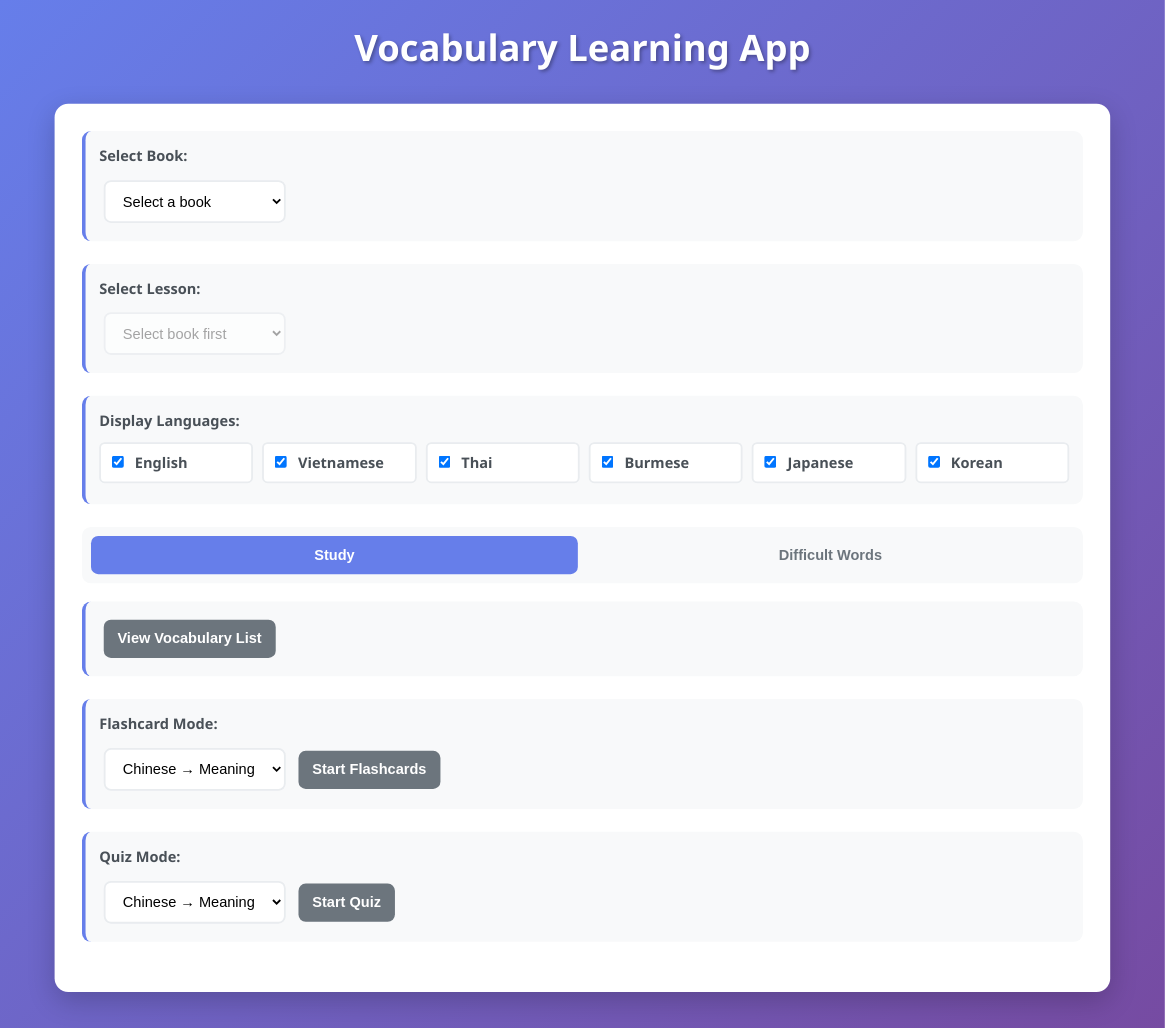
Repository: fangdongyzu/dangdaiflashcards
Page: index.html
The author's editor kept a copy of each file at every save. The page is drawn from the files as they stood at one save, then again after the next save.
The browser window is 1280 px wide. The pictures show the whole page, at 91% of full size.

Above is the page before, as saved 2025-11-28 09:37:05.

After the next save:
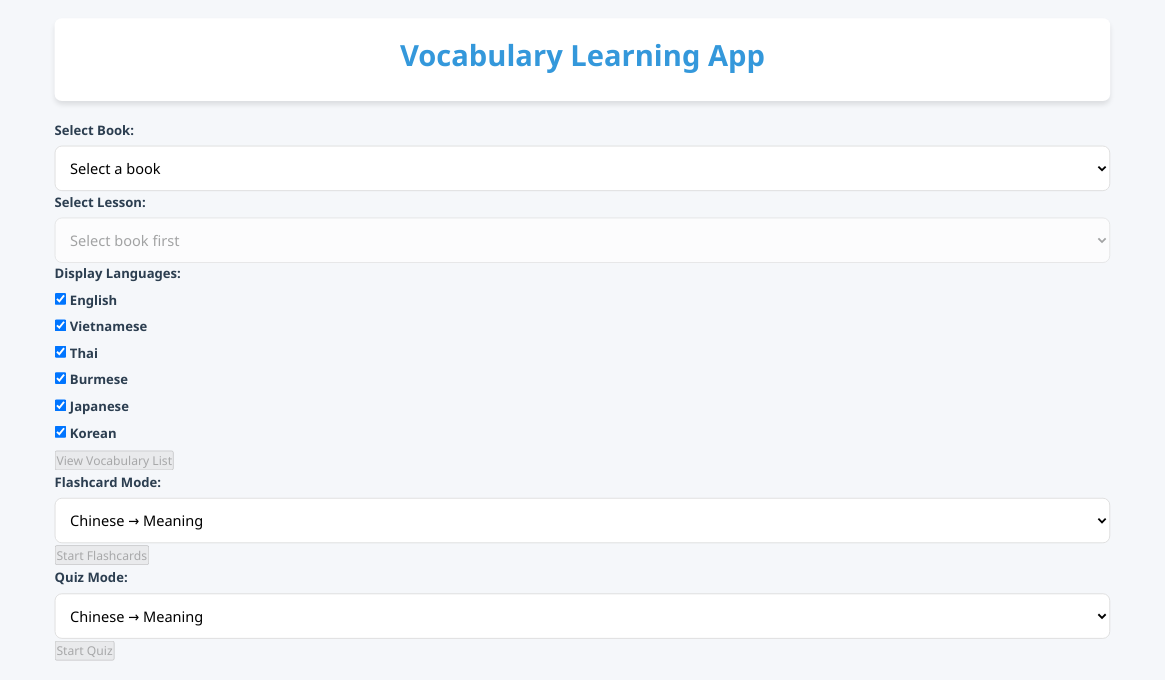
Console error: TypeError: Cannot read properties of null (reading 'addEventListener')
Saved 3 min 52 s later.
--- a/index.html
+++ b/index.html
@@ -4,7 +4,7 @@
     <meta charset="UTF-8">
     <meta name="viewport" content="width=device-width, initial-scale=1.0">
     <title>Vocabulary Learning App</title>
-    <link rel="stylesheet" href="styles.css">
+    <link rel="stylesheet" href="style.css">
 </head>
 <body>
     <div class="container">
@@ -18,8 +18,12 @@
                 <label for="book-select">Select Book:</label>
                 <select id="book-select">
                     <option value="">Select a book</option>
-                    <option value="book1">Book 1</option>
-                    <option value="book2">Book 2</option>
+                    <option value="B1">Book 1</option>
+                    <option value="B2">Book 2</option>
+                    <option value="B3">Book 3</option>
+                    <option value="B4">Book 4</option>
+                    <option value="B5">Book 5</option>
+                    <option value="B6">Book 6</option>
                 </select>
             </div>
 
@@ -55,46 +59,30 @@
                 </div>
             </div>
 
-            <!-- Navigation Tabs -->
-            <div class="tabs">
-                <button class="tab-btn active" data-tab="study">Study</button>
-                <button class="tab-btn" data-tab="difficult">Difficult Words</button>
+            <!-- Study Controls -->
+            <div class="control-group">
+                <button id="view-list-btn" disabled>View Vocabulary List</button>
             </div>
 
-            <!-- Study Controls -->
-            <div id="study-controls" class="tab-content active">
-                <div class="control-group">
-                    <button id="view-list-btn" disabled>View Vocabulary List</button>
-                </div>
-
-                <div class="control-group">
-                    <label for="flashcard-mode">Flashcard Mode:</label>
-                    <select id="flashcard-mode">
-                        <option value="chinese-meaning">Chinese → Meaning</option>
-                        <option value="meaning-chinese">Meaning → Chinese</option>
-                        <option value="pinyin-chinese">Pinyin → Chinese</option>
-                    </select>
-                    <button id="start-flashcards-btn" disabled>Start Flashcards</button>
-                </div>
-
-                <div class="control-group">
-                    <label for="quiz-mode">Quiz Mode:</label>
-                    <select id="quiz-mode">
-                        <option value="chinese-meaning">Chinese → Meaning</option>
-                        <option value="meaning-chinese">Meaning → Chinese</option>
-                        <option value="chinese-pinyin">Chinese → Pinyin</option>
-                        <option value="pinyin-chinese">Pinyin → Chinese</option>
-                    </select>
-                    <button id="start-quiz-btn" disabled>Start Quiz</button>
-                </div>
+            <div class="control-group">
+                <label for="flashcard-mode">Flashcard Mode:</label>
+                <select id="flashcard-mode">
+                    <option value="chinese-meaning">Chinese → Meaning</option>
+                    <option value="meaning-chinese">Meaning → Chinese</option>
+                    <option value="pinyin-chinese">Pinyin → Chinese</option>
+                </select>
+                <button id="start-flashcards-btn" disabled>Start Flashcards</button>
             </div>
 
-            <!-- Difficult Words -->
-            <div id="difficult-content" class="tab-content">
-                <div class="difficult-list-container">
-                    <h3>Your Difficult Words</h3>
-                    <ul id="difficult-words-list"></ul>
-                </div>
+            <div class="control-group">
+                <label for="quiz-mode">Quiz Mode:</label>
+                <select id="quiz-mode">
+                    <option value="chinese-meaning">Chinese → Meaning</option>
+                    <option value="meaning-chinese">Meaning → Chinese</option>
+                    <option value="chinese-pinyin">Chinese → Pinyin</option>
+                    <option value="pinyin-chinese">Pinyin → Chinese</option>
+                </select>
+                <button id="start-quiz-btn" disabled>Start Quiz</button>
             </div>
         </div>
 
@@ -144,7 +132,6 @@
 
                     <div class="flashcard-controls">
                         <button id="prev-btn">Previous</button>
-                        <button id="mark-difficult-btn">Mark Difficult</button>
                         <button id="next-btn">Next</button>
                     </div>
                 </div>
